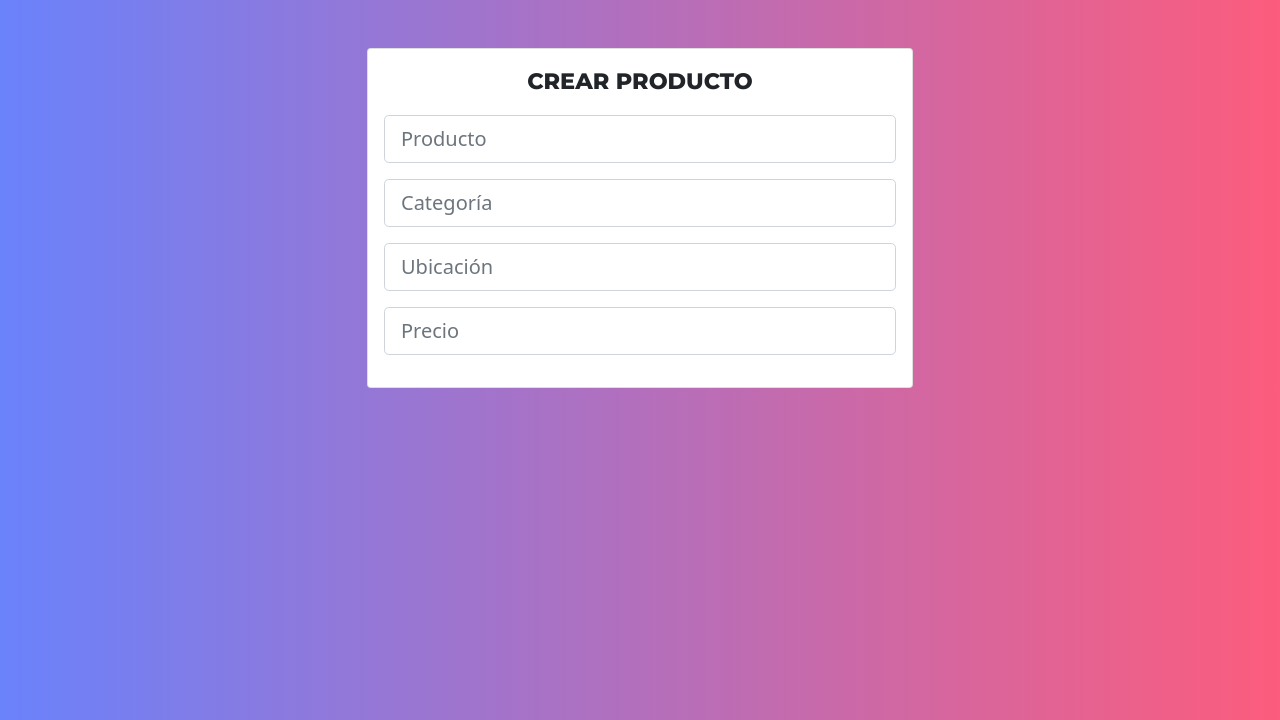
Repository: vivianaleivagalvez/crud_angular
Page: /crear-producto
These files come from the project's save history. The page is drawn as it stood at one moment and after the next save; the edit follows.
The browser window is 1280 px wide. The pictures show the whole page.
The project was rebuilt for these pictures with package versions that can differ from the ones it lists, and the page was loaded fresh each time. Also part of the build but not shown: angular.json, src/app/components/listar-productos/listar-productos.component.ts.

Above is the page before, as saved 2022-01-27 09:59:21.

After the next save:
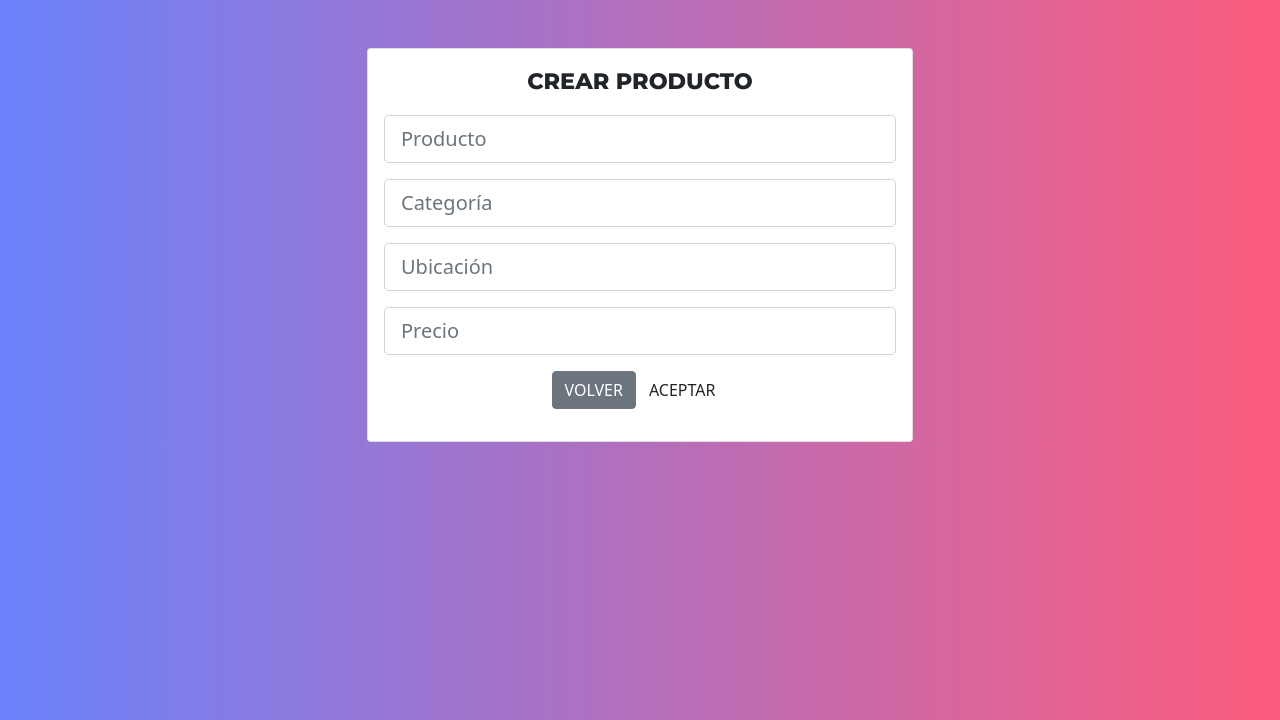
Saved 2 min 37 s later.
--- a/src/app/components/crear-producto/crear-producto.component.html
+++ b/src/app/components/crear-producto/crear-producto.component.html
@@ -17,6 +17,10 @@
             <div class="mb-3">
               <input type="number" class="form-control form-control-lg" placeholder="Precio">
             </div>
+            <div class="mb-3">
+              <button class="btn btn-secondary">VOLVER</button>
+              <button class="btn btn-succes">ACEPTAR</button>
+            </div>
           </form>
         </div>
       </div>
